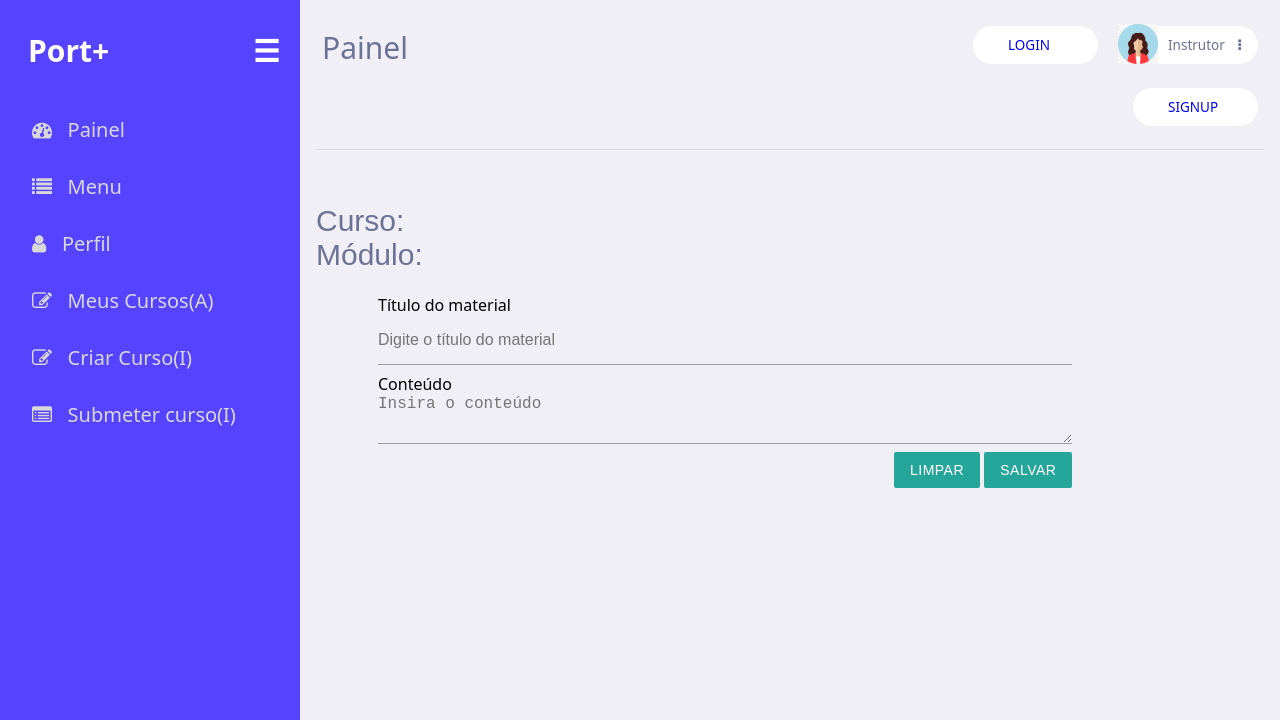
Repository: LauraMViana/Port-plus
Page: http://localhost/portPlus/criarCurso/addConteudo
The author's editor kept a copy of each file at every save. The page is drawn from the files as they stood at one save, then again after the next save.
The browser window is 1280 px wide. The pictures show the whole page.
The page is this project's Thymeleaf template; nobody is signed in. The template is opened directly, without the code that normally fills it, so the values that code supplies are empty.

Above is the page before, as saved 2021-12-28 14:55:42.

### port/src/main/resources/templates/portPlus/criarCurso/addConteudo.html
<!DOCTYPE html >
<html xmlns:th="http://www.thymeleaf.org">
<head>
<meta charset="UTF-8">
<!-- Compiled and minified CSS -->
<!--
<link rel="stylesheet"
	href="https://cdnjs.cloudflare.com/ajax/libs/materialize/1.0.0/css/materialize.min.css"> -->
<link href="https://fonts.googleapis.com/icon?family=Material+Icons"
	rel="stylesheet">
<link rel="stylesheet" href="/Style.css">
<link rel="stylesheet"
	href="https://cdnjs.cloudflare.com/ajax/libs/font-awesome/4.7.0/css/font-awesome.min.css">
<title>PortPlus</title>
</head>
<body>
	<div th:insert="~{menu :: menu}"></div>
	<div id="main">
		<h6>
			Curso: <span th:text="${curso.titulo}"></span> <br>Módulo: <span
				th:text="${modulo.tituloMod}"></span>
		</h6>
		<br>
		<form
			th:action="@{/portPlus/criarCurso/{idC}/{idMod} (idC=${curso.id},idMod=${modulo.id})}"
			method="post">
			<div class="input-field col s10">
				<label for="tituloM">Título do material</label><input
					placeholder="Digite o título do material" id="tituloM" type="text"
					pattern="[a-zA-Z0-9_?!&%$()-]+" class="validate"
					th:field="${material.tituloMat}">
				<div>
					<label for="mc">Conteúdo</label>
					<textarea placeholder="Insira o conteúdo" id="mc" class="materialize-textarea conteudo"
						th:field="${material.conteudo}"></textarea>
				</div>

			</div>
			<div class="col s10" id="btn">
				<button class="btn waves-effect waves-light align-center"
					type="reset" name="action">Limpar</button>
				<button class="btn waves-effect waves-light align-center"
					type="submit" name="action">Salvar</button>
			</div>
		</form>
	</div>
	<script
		src="https://ajax.googleapis.com/ajax/libs/jquery/3.5.1/jquery.min.js"></script>
	<script>
		$(".menu").click(function() {
			$("#mySidenav").css('width', '70px');
			$("#main").css('margin-left', '70px');
			$(".logo").css('display', 'none');
			$(".logo1").css('display', 'block');
			$(".logo span").css('visibility', 'visible');
			$(".logo span").css('margin-left', '-10px');
			$(".icon-a").css('visibility', 'hidden');
			$(".icon-a").css('height', '25px');
			$(".icons").css('visibility', 'visible');
			$(".icons").css('margin-left', '-8px');
			$(".menu1").css('display', 'block');
			$(".menu").css('display', 'none');
		});

		$(".menu1").click(function() {
			$("#mySidenav").css('width', '300px');
			$("#main").css('margin-left', '300px');
			$(".logo").css('visibility', 'visible');
			$(".logo").css('display', 'block');
			$(".icon-a").css('visibility', 'visible');
			$(".icons").css('visibility', 'visible');
			$(".menu").css('display', 'block');
			$(".menu1").css('display', 'none');
		});
	</script>
	<script>
		$(document).ready(function() {
			$(".profile p").click(function() {
				$(".profile-div").toggle();
			});
		});
	</script>
</body>
</body>
</html>

### port/src/main/resources/templates/menu.html
<!DOCTYPE html >
<html xmlns:th="http://www.thymeleaf.org">
<head>
<meta charset="UTF-8">
<link rel="stylesheet" href="/Style.css" type="text/css" />
<link rel="stylesheet"
	href="https://cdnjs.cloudflare.com/ajax/libs/font-awesome/4.7.0/css/font-awesome.min.css">
<title>Port+</title>
</head>
<body>
	<div th:fragment="menu">
		<div id="mySidenav" class="sidenav">
			<p class="logo">
				Port+ <span class="menu">&#9776;</span>
			</p>
			<p class="logo1">
				<span class="menu1">&#9776;</span>
			</p>
			<a href="/" class="icon-a"> <i class="fa fa-dashboard icons"></i>
				&nbsp;&nbsp;Painel
			</a> <a href="/" class="icon-a"><i class="fa fa-list icons"></i>
				&nbsp;&nbsp;Menu</a> <a href="#" class="icon-a"><i
				class="fa fa-user icons"></i> &nbsp;&nbsp;Perfil</a> <a
				href="/portPlus/criarCurso" class="icon-a"><i
				class="fa fa-edit icons"></i> &nbsp;&nbsp;Meus Cursos(A)</a> <a
				href="/portPlus/criarCurso" class="icon-a"><i
				class="fa fa-edit icons"></i> &nbsp;&nbsp;Criar Curso(I)</a><a
				href="/portPlus/meusCursos" class="icon-a"><i
				class="fa fa-list-alt icons"></i> &nbsp;&nbsp;Submeter curso(I)</a>
		</div>

		<div id="main">
			<div class="head">
				<div class="col-div-6">
					<p class="nav">Painel</p>
				</div>
				<div class="col-div-6">
					<div class="profile">
						<img src="/Imagens/usuario.png" class="pro-img circle" />
						<p>
							Instrutor <i class="fa fa-ellipsis-v dots" aria-hidden="true"></i>
						</p>
						<div class="profile-div">
							<p>
								<a href="#" class="icon-a"><i class="fa fa-user"></i>
									&nbsp;&nbsp;Perfil
							</p>
							<p>
								<i class="fa fa-power-off"></i> &nbsp;&nbsp;Sair
							</p>
						</div>
					</div>
					<div class="login">
						<p>
							<a href="/portPlus/login">LOGIN</a>
						</p>
						<p>
							<a href="/portPlus/signup">SIGNUP</a>
						</p>
					</div>
				</div>
				<div class="clearfix"></div>
			</div>
			<div class="clearfix"></div>
			<br />
		</div>
	</div>
	<script
		src="https://ajax.googleapis.com/ajax/libs/jquery/3.5.1/jquery.min.js"></script>
	<script>
		$(".menu").click(function() {
			$("#mySidenav").css('width', '70px');
			$("#main").css('margin-left', '70px');
			$(".logo").css('display', 'none');
			$(".logo1").css('display', 'block');
			$(".logo span").css('visibility', 'visible');
			$(".logo span").css('margin-left', '-10px');
			$(".icon-a").css('visibility', 'hidden');
			$(".icon-a").css('height', '25px');
			$(".icons").css('visibility', 'visible');
			$(".icons").css('margin-left', '-8px');
			$(".menu1").css('display', 'block');
			$(".menu").css('display', 'none');
		});

		$(".menu1").click(function() {
			$("#mySidenav").css('width', '300px');
			$("#main").css('margin-left', '300px');
			$(".logo").css('visibility', 'visible');
			$(".logo").css('display', 'block');
			$(".icon-a").css('visibility', 'visible');
			$(".icons").css('visibility', 'visible');
			$(".menu").css('display', 'block');
			$(".menu1").css('display', 'none');
		});
	</script>
	<script>
		$(document).ready(function() {
			$(".profile p").click(function() {
				$(".profile-div").toggle();

			});

			/* $(".noti-icon").click(function() {
					$(".notification-div").toggle();
				}); */

		});
	</script>
</body>
</html>

### port/src/main/resources/static/Style.css
/* Laura */
body {
	margin: 0px;
	padding: 0px;
	background-color: #efeff5;
	font-family: system-ui;
}

.clearfix {
	clear: both;
}

.logo {
	margin: 0px;
	margin-left: 28px;
	font-weight: bold;
	color: white;
	margin-bottom: 30px;
}

.sidenav {
	height: 100%;
	width: 300px;
	position: fixed;
	z-index: 1;
	top: 0;
	left: 0;
	background-color: #5643ff;
	overflow: hidden;
	padding-top: 30px;
	transition: ease-in-out 0.3s;
}

.menu {
	float: right;
	margin-right: 20px;
	cursor: pointer;
}

.logo1 {
	margin: 0px;
	margin-left: 20px;
	font-weight: bold;
	color: white;
	margin-bottom: 50px;
	display: none;
	cursor: pointer;
}

.menu1 {
	float: left;
	display: none;
}

.sidenav a {
	padding: 15px 8px 15px 32px;
	text-decoration: none;
	font-size: 20px;
	color: #d8d8d8;
	display: block;
}

.sidenav a:hover {
	color: #f1f1f1;
	background-color: #2c1ed6;
}

.sidenav {
	top: 0;
	right: 25px;
	font-size: 30px;
}

#main {
	padding: 16px;
	margin-left: 300px;
}

.head {
	padding: 0px 6px;
	border-bottom: 1px solid #d6d6d8b8;
	padding-bottom: 10px;
}

.col-div-6 {
	width: 50%;
	float: left;
}

.login p {
	color: #6c7293;
	font-weight: 500;
	margin-left: 35px;
	margin-top: 10px;
	font-size: 13.5px;
	background-color: white;
	padding: 10px;
	border-radius: 25px;
	padding-left: 35px;
	width: 80px;
	float: right;
	cursor: pointer;
}

.profile {
	display: inline-block;
	float: right;
	width: 160px;
}

.pro-img {
	float: left;
	width: 40px;
	margin-top: 8px;
	margin-left: 20px;
}

.profile p {
	color: #6c7293;
	font-weight: 500;
	margin-left: 35px;
	margin-top: 10px;
	font-size: 13.5px;
	background-color: white;
	padding: 10px;
	border-radius: 25px;
	padding-left: 35px;
	cursor: pointer;
}

.dots {
	margin-left: 10px;
}

.profile-div {
	background-color: white;
	width: 160px;
	border: 1px solid #ddd;
	padding: 10px 0px;
	right: 2%;
	border-radius: 5px;
	position: absolute;
	z-index: 9;
	display: none;
}

.profile-div:after {
	content: '';
	position: absolute;
	height: 10px;
	width: 10px;
	background-color: white;
	top: -6px;
	border-left: 1px solid #ddd;
	border-top: 1px solid #ddd;
	transform: rotate(45deg);
	right: 10%;
}

.profile-div p {
	margin: 0px;
	padding: 10px 20px;
}

.profile-div p:hover {
	margin: 0px;
	padding: 10px 20px;
	background-color: #5643ff;
	border-radius: 0px;
	color: white;
}

.notification-div {
	background-color: white;
	width: 240px;
	border: 1px solid #ddd;
	padding: 10px 0px;
	right: 16%;
	border-radius: 5px;
	top: 12%;
	position: absolute;
	z-index: 9;
	display: none;
}

.notification-div:after {
	content: '';
	position: absolute;
	height: 10px;
	width: 10px;
	background-color: white;
	top: -6px;
	border-left: 1px solid #ddd;
	border-top: 1px solid #ddd;
	transform: rotate(45deg);
	right: 10%;
}

.noti-head {
	display: block;
	margin: 0px;
	color: #6c7293;
}

.noti-head:hover {
	background-color: white !important;
	color: #6c7293 !important;
}

.noti-head span {
	position: absolute;
	right: 8%;
	top: 10%;
	background-color: #5643ff;
	padding: 1px 5px;
	color: white;
	border-radius: 20px;
}

.hr {
	margin: 0px;
	border: none;
	background-color: #ddd;
	height: 1px;
}

.notification-div p {
	margin: 0px;
	padding: 10px 20px;
	color: #6c7293;
}

.notification-div p span {
	font-size: 11px;
	display: block;
}

.notification-div p:hover {
	margin: 0px;
	padding: 10px 20px;
	background-color: #5643ff;
	border-radius: 0px;
	color: white;
}

.search-icon {
	position: absolute;
	right: 22%;
	top: 25px;
	background-color: white;
	padding: 13px;
	border-radius: 21px;
	color: #6c7293;
	cursor: pointer;
}

.noti-icon {
	position: absolute;
	right: 17%;
	top: 25px;
	background-color: #5643ff;
	padding: 13px;
	border-radius: 21px;
	color: #fff;
	cursor: pointer;
}

.noti-icon:after {
	content: '';
	height: 5px;
	width: 5px;
	border-radius: 5px;
	top: 5px;
	left: 20px;
	position: absolute;
	background-color: red;
}

.col-div-4-1 {
	width: 33.3%;
	float: left;
}

.box {
	width: 88%;
	height: 480px;
	background-color: #ffffff;
	margin-left: 10px;
	padding: 10px;
	box-shadow: 2px 5px 10px #ddd;
	position: relative;
}

.box p {
	color: #6c7293;
	font-weight: 500;
	padding-left: 10px;
}

.number {
	font-size: 35px;
	margin-bottom: 0px;
	margin-top: 20px;
}

.percent {
	margin: 0px;
	font-size: 14px;
	color: #37bf37 !important;
}

.percent span {
	font-size: 12px;
	color: #9398b1;
	padding-left: 3px;
}

.head-1 {
	font-size: 18px !important;
	margin: 10px 0px;
	color: #6c7293;
}

.head-1 span {
	float: right;
	background-color: #5643ff;
	color: white;
	padding: 3px 10px;
	font-size: 15px;
}

.box-icon {
	font-size: 20px !important;
	margin-top: 35px !important;
	color: #5643ff;
	padding-right: 10px;
	background-color: #efeff5;
	padding: 15px;
	border-radius: 25px;
	position: absolute;
	right: 16px;
	top: -18px;
}

.box-1 {
	width: 88%;
	height: 282px;
	background-color: #ffffff;
	margin-left: 10px;
	padding: 10px;
	box-shadow: 2px 5px 10px #ddd;
	position: relative;
}

.m-box {
	color: #6c7293;
	position: relative;
	padding: 0px 12px;
}

.active {
	background-color: #5646ff;
	color: white;
	box-shadow: 4px 3px 7px 3px #3226ad54;
}

.active .no-1 {
	color: #ddd !important;
}

.m-box p {
	display: inline-block;
	margin: 10px 0px;
}

.no {
	position: absolute !important;
	top: 21px;
	right: 15px;
	font-weight: 500;
}

.no-1 {
	font-size: 12px;
	color: #9398b1;
}

.act-p {
	font-size: 13px;
	color: #6c7293;
}

.act-p .fa {
	color: orange !important;
}

.content-box-1 {
	padding: 0px 10px;
}

.col-div-12 {
	width: 100%;
}

.col-div-4 {
	width: 30%;
	float: left;
}

.content-box {
	padding: 20px;
}

.content-box p {
	margin: 0px;
	font-size: 20px;
	color: #6c7293;
}

.content-box p span {
	float: right;
	background-color: #5643ff;
	color: white;
	padding: 3px 10px;
	font-size: 15px;
}

.box-8 {
	width: 97.8%;
	background-color: #fff;
	height: 330px;
}

.nav {
	font-size: 30px;
	cursor: pointer;
	color: #6c7293;
	margin: 11px 0px;
}

.box-8 {
	margin-left: 10px;
}

td, th {
	border: 1px solid #dddddd;
	text-align: left;
	padding: 10px;
}

tr:nth-child(even) {
	background-color: #5643ff29;
	color: #6c7293 !important;
}

.circle-wrap {
	margin: 50px auto;
	width: 150px;
	height: 150px;
	background: #e6e2e7;
	border-radius: 50%;
}

.circle-wrap .circle .mask, .circle-wrap .circle .fill {
	width: 150px;
	height: 150px;
	position: absolute;
	border-radius: 50%;
}

.circle-wrap .circle .mask {
	clip: rect(0px, 150px, 150px, 75px);
}

.circle-wrap .circle .mask .fill {
	clip: rect(0px, 75px, 150px, 0px);
	background-color: #5646ff;
}

.circle-wrap .circle .mask.full, .circle-wrap .circle .fill {
	animation: fill ease-in-out 3s;
	transform: rotate(126deg);
}

@
keyframes fill { 0% {
	transform: rotate(0deg);
}

100










%
{
transform










:










rotate








(










126deg










)








;
}
}
.circle-wrap .inside-circle {
	width: 130px;
	height: 130px;
	border-radius: 50%;
	background: #fff;
	line-height: 130px;
	text-align: center;
	margin-top: 10px;
	margin-left: 10px;
	position: absolute;
	z-index: 100;
	font-weight: 700;
	font-size: 2em;
	color: #6c7293;
}

/* Thais */
h1 {
	font-weight: 400;
	font-family: Century Gothic, Arial, Helvetica, sans-serif;
	color: #6c7293;
	font-size: calc(1.044375rem + 1.7325vw);
}

h4, h6 {
	font-weight: 100;
	font-family: Century Gothic, Arial, Helvetica, sans-serif;
	color: #6c7293;
	font-size: 30px;
	margin: 0px;
}

a {
	text-decoration: none;
}

#btn {
	text-align: right;
}

/*Apresente material  */
.mod-title {
	font-size: 30px;
	color: #d8d8d8;
}

/* Index  */
.box-mod {
	width: 88%;
	height: 30px;
	background-color: #dfdfdf;
	margin-left: 10px;
	padding: 10px;
	position: relative;
	margin-left: 10px;
	padding: 10px;
	border-top: 1px solid #d7dfe3;
	margin-left: 10px;
	margin-bottom: 15px;
}

.box-mod p {
	color: #6c7293;
	font-weight: 500;
	margin: 0px;
	padding: 10px;
	width: 105px;
	margin-left: 90px;
}
/* blocos de curso ou modulos  */
.col-div-4-2 {
	width: 25%;
	float: left;
}

.card.small .card-image+.card-content, .card.medium .card-image+.card-content,
	.card.large .card-image+.card-content {
	max-height: 40%;
}

.card.small .card-content, .card.medium .card-content, .card.large .card-content
	{
	max-height: 100%;
	overflow: hidden;
}

.card .card-content {
	padding: 24px;
	border-radius: 0 0 2px 2px;
}

.card .card-image img {
	display: block;
	border-radius: 2px 2px 0 0;
	position: relative;
	left: 0;
	right: 0;
	top: 0;
	bottom: 0;
	width: 100%;
}

img {
	border-style: none;
}

.card.small .card-image, .card.medium .card-image, .card.large .card-image
	{
	max-height: 60%;
	overflow: hidden;
}

.card .card-image {
	position: relative;
}

.card.small {
	height: 300px;
}

.card.small, .card.medium, .card.large {
	position: relative;
}

.card {
	margin-left: 10px;
	box-shadow: 2px 5px 10px #ddd;
	position: relative;
	height: 250px;
	background-color: #fff;
	-webkit-transition: -webkit-box-shadow .25s;
	transition: -webkit-box-shadow .25s;
	transition: box-shadow .25s;
	transition: box-shadow .25s, -webkit-box-shadow .25s;
	border-radius: 2px;
}

.card {
	position: relative;
	margin: 0.5rem 0 1rem 0;
	background-color: #fff;
	-webkit-transition: -webkit-box-shadow .25s;
	transition: -webkit-box-shadow .25s;
	transition: box-shadow .25s;
	transition: box-shadow .25s, -webkit-box-shadow .25s;
	border-radius: 2px;
}

.image {
	display: block;
	position: relative;
	left: 0;
	right: 0;
	top: 0;
	bottom: 0;
	width: 100%;
	max-height: 70%;
	overflow: hidden;
	max-height: 70%;
	right: 0;
	top: 0;
	bottom: 0;
}

.card {
	margin-left: 10px;
	box-shadow: 2px 5px 10px #ddd;
	position: relative;
	height: 250px;
	background-color: #fff;
	-webkit-transition: -webkit-box-shadow .25s;
	transition: -webkit-box-shadow .25s;
	transition: box-shadow .25s;
	transition: box-shadow .25s, -webkit-box-shadow .25s;
	border-radius: 2px;
}

.card-title-mod {
	display: block;
	line-height: 32px;
	margin-bottom: 8px;
	font-size: 24px;
	font-weight: 300;
}
/* descriçao do curso  */
.mod-d {
	font-size: 18px !important;
	margin: 10px 0px;
	color: #6c7293;
	text-align: justify;
}

/* Pag apresentação Material */
aside {
	width: 260px;
	float: right;
	margin-right: 20px;
	border: 1px solid black;
}

.conteudo {
	padding-left: 15px;
	width: 700px;
	float: left;
	height: 415px;
	text-align: justify;
}

.card.lista {
	background-color: #5643ff;
	width: 259.5px;
	height: 50px;
	text-align: center;
	padding: 5px 0px 5px 0px;
	margin: 0px;
}

.lista li {
	padding: 15px 8px 15px 32px;
	text-decoration: none;
	font-size: 20px;
	color: #d8d8d8;
	display: block;
	text-align: justify;
}

.lista li:hover {
	color: #f1f1f1;
	background-color: #5643ff;
}

.lista a:hover {
	color: #f1f1f1;
	background-color: #5643ff;
}

ul {
	padding: 0px;
	margin: 0px;
	list-style-type: none;
}

textarea.materialize-textarea.texto {
	height: 12rem;
}

input:not([type]), input[type="text"]:not(.browser-default), input[type="url"]:not(.browser-default),
	input[type="number"]:not(.browser-default), textarea.materialize-textarea
	{
	background-color: transparent;
	border-top-width: initial;
	border-right-width: initial;
	border-left-width: initial;
	border-top-color: initial;
	border-right-color: initial;
	border-left-color: initial;
	height: 3rem;
	width: 100%;
	font-size: 16px;
	box-shadow: none;
	box-sizing: content-box;
	border-style: none none solid;
	border-image: initial;
	border-bottom: 1px solid rgb(158, 158, 158);
	border-radius: 0px;
	outline: none;
	margin: 0px 0px 8px;
	padding: 0px;
	transition: box-shadow 0.3s ease 0s, border 0.3s ease 0s,
		-webkit-box-shadow 0.3s ease 0s;
}

form {
	padding-left: 50px;
}

.dados-do-curso, .listarCriarMod {
	padding-left: 50px;
}

.s2 {
	width: 20%;
	display: inline;
}

.col.s3 {
	width: 25%;
	margin-left: auto;
	left: auto;
	right: auto;
}

.col.s4 {
	width: 33.3333333333%;
	margin-left: auto;
	left: auto;
	right: auto;
}

.col.s5 {
	width: 41.6666666667%;
	margin-left: auto;
	left: auto;
	right: auto;
}

.col.s6 {
	width: 50%;
	margin-left: auto;
	left: auto;
	right: auto;
}

.col.s9 {
	width: 75%;
	margin-left: auto;
	left: auto;
	right: auto;
}

.col.s12 {
	width: 100%;
	margin-left: auto;
	left: auto;
	right: auto;
}

.col.s12.cont {
	padding-bottom: 20px;
}

.col {
	float: left;
	-webkit-box-sizing: border-box;
	box-sizing: border-box;
	padding: 0 0.75rem;
	min-height: 1px;
}

.s10 {
	width: 80%;
	margin-left: auto;
	left: auto;
	right: auto;
}

.btn {
	text-decoration: none;
	color: #fff;
	background-color: #26a69a;
	text-align: center;
	letter-spacing: .5px;
	-webkit-transition: background-color .2s ease-out;
	transition: background-color .2s ease-out;
	cursor: pointer;
	border: none;
	border-radius: 2px;
	display: inline-block;
	height: 36px;
	line-height: 36px;
	padding: 0 16px;
	text-transform: uppercase;
	font-size: 14px;
	outline: 0;
	font-size: 14px;
}

.waves-effect {
	position: relative;
	cursor: pointer;
	display: inline-block;
	overflow: hidden;
	-webkit-user-select: none;
	-moz-user-select: none;
	-ms-user-select: none;
	user-select: none;
	-webkit-tap-highlight-color: transparent;
	vertical-align: middle;
	z-index: 1;
	-webkit-transition: .3s ease-out;
	transition: .3s ease-out;
}

.modal.modal-fixed-footer {
	padding: 0;
	height: 70%;
}

.modal {
	display: none;
	position: fixed;
	left: 0;
	right: 0;
	background-color: #fafafa;
	padding: 0;
	max-height: 70%;
	width: 55%;
	margin: auto;
	overflow-y: auto;
	border-radius: 2px;
	will-change: top, opacity;
}

.modal.modal-fixed-footer {
	padding: 0;
	height: 70%;
}

.modal {
	display: none;
	position: fixed;
	left: 0;
	right: 0;
	background-color: #fafafa;
	padding: 0;
	max-height: 70%;
	width: 55%;
	margin: auto;
	overflow-y: auto;
	border-radius: 2px;
	will-change: top, opacity;
}

.z-depth-5, .modal {
	-webkit-box-shadow: 0 24px 38px 3px rgb(0 0 0/ 14%), 0 9px 46px 8px
		rgb(0 0 0/ 12%), 0 11px 15px -7px rgb(0 0 0/ 20%);
	box-shadow: 0 24px 38px 3px rgb(0 0 0/ 14%), 0 9px 46px 8px
		rgb(0 0 0/ 12%), 0 11px 15px -7px rgb(0 0 0/ 20%);
}

.collapsible {
	border-top: 1px solid #ddd;
	border-right: 1px solid #ddd;
	border-left: 1px solid #ddd;
	margin: 0.5rem 0 1rem 0;
}

.collapsible-header {
	display: -webkit-box;
	display: -webkit-flex;
	display: -ms-flexbox;
	display: flex;
	-webkit-tap-highlight-color: transparent;
	line-height: 1.5;
	padding: 1rem;
	background-color: #fff;
	border-bottom: 1px solid #ddd;
	display: -webkit-box;
	display: -webkit-flex;
	display: -ms-flexbox;
	display: flex;
	cursor: pointer;
	-webkit-tap-highlight-color: transparent;
	line-height: 1.5;
	padding: 1rem;
	background-color: #fff;
	border-bottom: 1px solid #ddd;
}

.optCont {
	display: inline-block;
	float: right;
	width: 160px;
}

.optCont a {
	cursor: pointer;
}

.opt {
	background-color: white;
	width: 100px;
	border: 1px solid #ddd;
	padding: 10px 0px;
	right: 10%;
	border-radius: 5px;
	position: absolute;
	z-index: 9;
	display: none;
}

.opt p {
	margin: 0px;
	padding: 10px 20px;
}

.opt p:hover {
	margin: 0px;
	padding: 10px 20px;
	background-color: #5643ff;
	border-radius: 0px;
	color: white;
}

.modal.modal-fixed-footer {
	height: 40%;
	width: 40%;
}

.modal .modal-content {
	padding: 65px 24px 24px 75px;
}

After the next save:
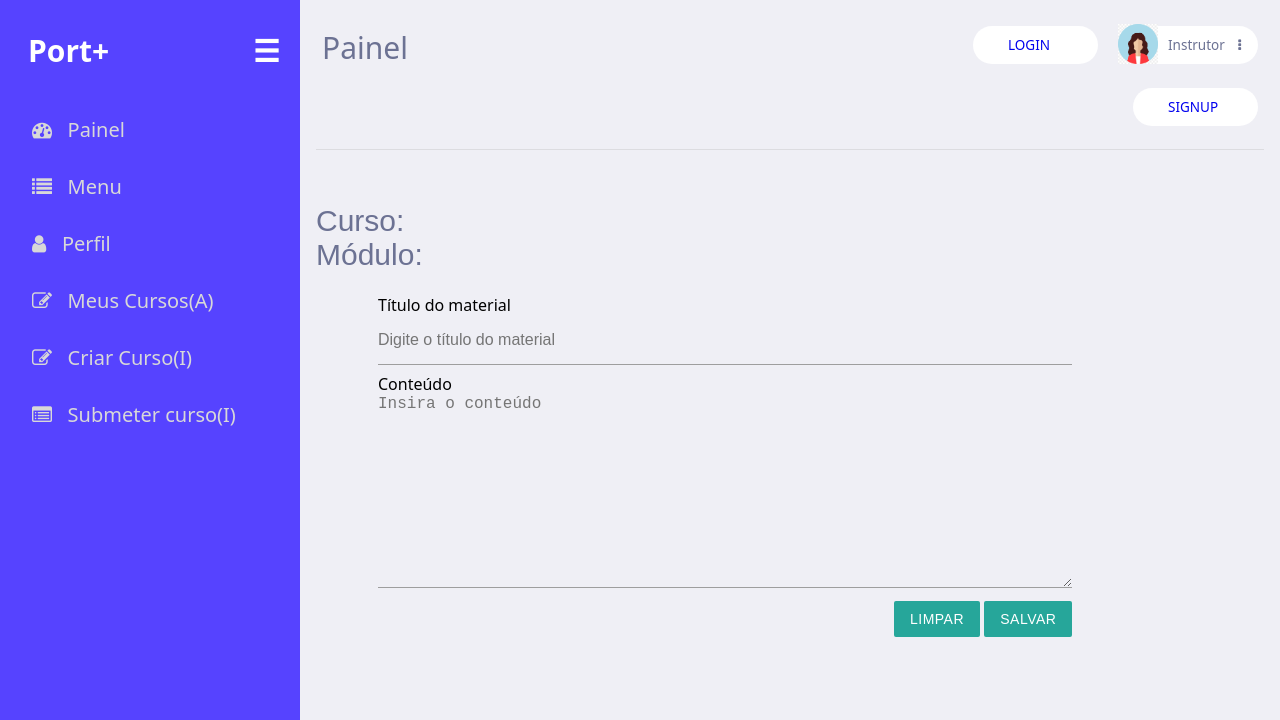
Saved 2 min 30 s later.
--- a/port/src/main/resources/templates/portPlus/criarCurso/addConteudo.html
+++ b/port/src/main/resources/templates/portPlus/criarCurso/addConteudo.html
@@ -31,7 +31,7 @@
 					th:field="${material.tituloMat}">
 				<div>
 					<label for="mc">Conteúdo</label>
-					<textarea placeholder="Insira o conteúdo" id="mc" class="materialize-textarea conteudo"
+					<textarea placeholder="Insira o conteúdo" id="mc" class="materialize-textarea texto"
 						th:field="${material.conteudo}"></textarea>
 				</div>
 
